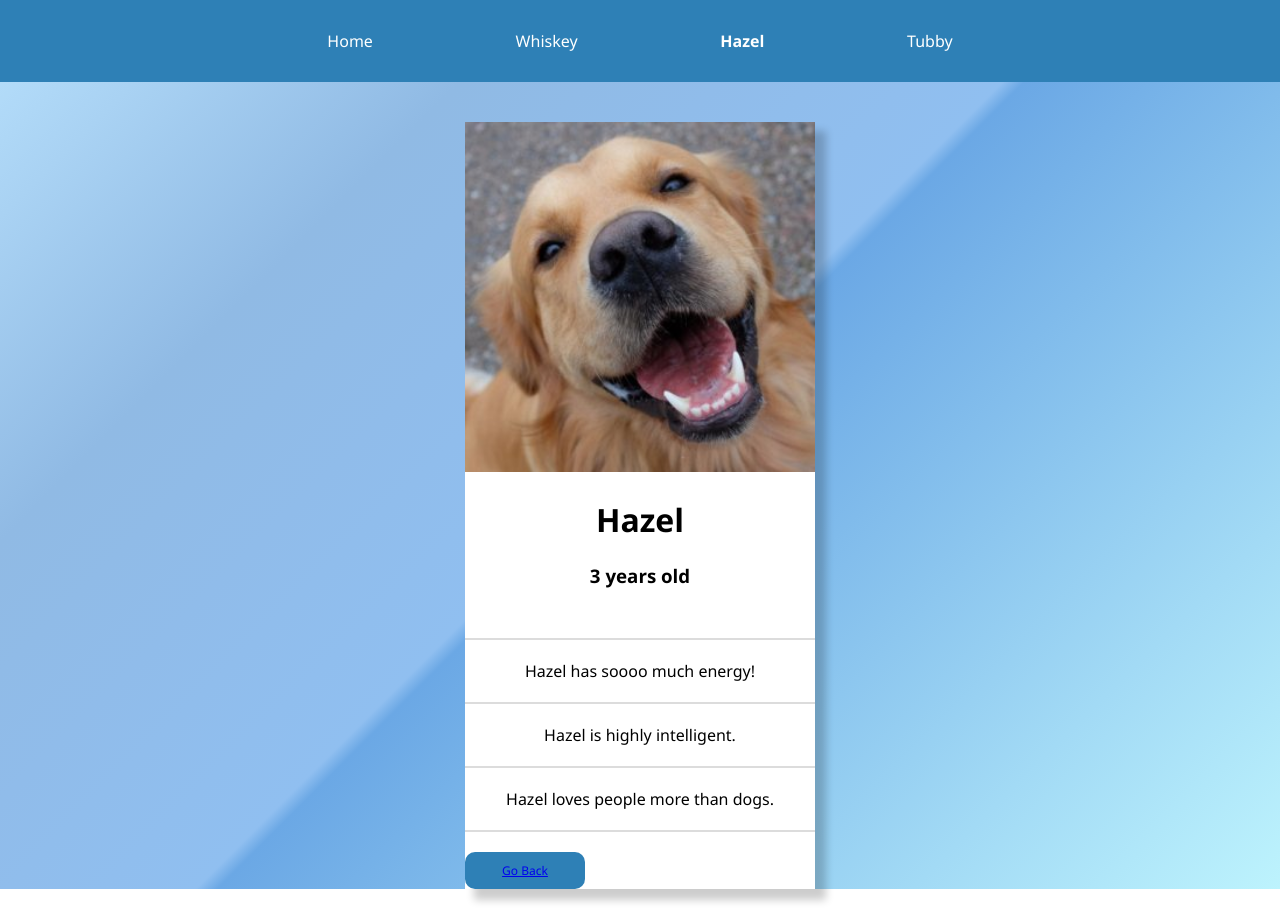
Repository: johnmutina/dog-finder
Page: /dogs/Hazel
These files come from the project's save history. The page is drawn as it stood at one moment and after the next save; the edit follows.
The browser window is 1280 px wide. The pictures show the whole page.
The project was rebuilt for these pictures with package versions that can differ from the ones it lists, and the page was loaded fresh each time. Also part of the build but not shown: src/DogFinder.css, src/DogFinder.js.

Above is the page before, as saved 2019-07-28 16:33:38.

### src/App.js
import React, { Component } from "react";
import { Switch, Route, NavLink, Redirect } from "react-router-dom";
import DogFinder from "./DogFinder";
import Dog from "./Dog";
import "./App.css";

// Import all images in image folder
function importAll(r) {
  let images = {};
  r.keys().map((item, index) => {
    images[item.replace("./", "")] = r(item);
  });
  return images;
}

const images = importAll(
  require.context("./assets", false, /\.(gif|jpe?g|svg)$/)
);

class App extends Component {
  static defaultProps = {
    dogs: [
      {
        name: "Whiskey",
        age: 5,
        src: images["whiskey.jpg"],
        facts: [
          "Whiskey loves eating popcorn.",
          "Whiskey is a terrible guard dog.",
          "Whiskey wants to cuddle with you!"
        ]
      },
      {
        name: "Hazel",
        age: 3,
        src: images["hazel.jpg"],
        facts: [
          "Hazel has soooo much energy!",
          "Hazel is highly intelligent.",
          "Hazel loves people more than dogs."
        ]
      },
      {
        name: "Tubby",
        age: 4,
        src: images["tubby.jpg"],
        facts: [
          "Tubby is not the brightest dog",
          "Tubby does not like walks or exercise.",
          "Tubby loves eating food."
        ]
      }
    ]
  };

  render() {
    return (
      <div className="App">
        {/* NAVBAR */}
        <div className="App-navbar">
          <NavLink exact to="/dogs" activeClassName="App-active-navlink">
            Home
          </NavLink>
          {this.props.dogs.map(dog => (
            <NavLink
              exact
              key={dog.name}
              to={`/dogs/${dog.name}`}
              activeClassName="App-active-navlink"
            >
              {dog.name}
            </NavLink>
          ))}
        </div>

        {/* ROUTES SETUP */}

        <Switch>
          <Route
            exact
            path="/dogs"
            render={routeProps => (
              <DogFinder dogs={this.props.dogs} {...routeProps} />
            )}
          />
          <Route
            exact
            path="/dogs/:name"
            render={routeProps => (
              <Dog
                {...this.props.dogs.filter(
                  dog => dog.name === routeProps.match.params.name
                )[0]}
                {...routeProps}
              />
            )}
          />
          <Route render={() => <Redirect to="/dogs" />} />
        </Switch>
      </div>
    );
  }
}

export default App;

### src/Dog.js
import React, { Component } from "react";
import { Link } from "react-router-dom";
import "./Dog.css";

class Dog extends Component {
  render() {
    return (
      <div className="Dog">
        <img src={this.props.src} alt={`${this.props.name}`} />
        <h1>{this.props.name}</h1>
        <h3>{this.props.age} years old</h3>
        <ul>
          {this.props.facts.map(fact => (
            <li>{fact}</li>
          ))}
        </ul>
        <div className="Dog-backbtn">
          <Link to="/dogs">Go Back</Link>
        </div>
      </div>
    );
  }
}

export default Dog;

### src/App.css
* {
  font-family: "Segoe UI", Tahoma, Geneva, Verdana, sans-serif;
}

.App {
  min-height: 100vh;
  text-align: center;
  background: #b8e1fc; /* Old browsers */
  background: -moz-linear-gradient(
    -45deg,
    #b8e1fc 0%,
    #a9d2f3 10%,
    #90bae4 25%,
    #90bcea 37%,
    #90bff0 50%,
    #6ba8e5 51%,
    #a2daf5 83%,
    #bdf3fd 100%
  ); /* FF3.6-15 */
  background: -webkit-linear-gradient(
    -45deg,
    #b8e1fc 0%,
    #a9d2f3 10%,
    #90bae4 25%,
    #90bcea 37%,
    #90bff0 50%,
    #6ba8e5 51%,
    #a2daf5 83%,
    #bdf3fd 100%
  ); /* Chrome10-25,Safari5.1-6 */
  background: linear-gradient(
    135deg,
    #b8e1fc 0%,
    #a9d2f3 10%,
    #90bae4 25%,
    #90bcea 37%,
    #90bff0 50%,
    #6ba8e5 51%,
    #a2daf5 83%,
    #bdf3fd 100%
  ); /* W3C, IE10+, FF16+, Chrome26+, Opera12+, Safari7+ */
  filter: progid:DXImageTransform.Microsoft.gradient( startColorstr='#b8e1fc', endColorstr='#bdf3fd',GradientType=1 ); /* IE6-9 fallback on horizontal gradient */
}
.App-navbar {
  display: flex;
  background-color: #2e80b6;
  justify-content: space-around;
  padding: 30px 20%;
}

.App-navbar > * {
  color: white;
  text-decoration: none;
  text-transform: capitalize;
}

.App-navbar > *:hover {
  text-decoration: underline;
  font-weight: bolder;
}

.App-active-navlink {
  font-weight: bold;
}

### src/Dog.css
.Dog {
  width: 60%;
  max-width: 350px;
  margin: 40px auto 0 auto;
  background: white;
  -webkit-box-shadow: 10px 10px 8px 1px rgba(0, 0, 0, 0.2);
  -moz-box-shadow: 10px 10px 8px 1px rgba(0, 0, 0, 0.2);
  box-shadow: 10px 10px 8px 1px rgba(0, 0, 0, 0.2);
}

.Dog img {
  width: 100%;
}

.Dog ul {
  list-style: none;
  padding-left: 0;
  margin: 50px 0 20px 0;
  width: 100%;
}

.Dog ul li {
  padding: 20px;
  border-top: 2px solid rgb(220, 220, 220);
}

.Dog ul li:last-child {
  border-bottom: 2px solid rgb(220, 220, 220);
}

.Dog-backbtn {
  width: 100px;
  border: 2px solid red;
  padding: 10px;
  margin-bottom: 20px;
  background-color: #2e80b6;
  color: white;
  font-size: 12px;
  border: none;
  border-radius: 10px;
  transition: all 0.2s ease-in-out;
}

.Dog-backbtn:hover {
  cursor: pointer;
  background-color: #134e76;
}

Loaded but not shown: public/index.html (common file); src/index.js (common file); src/index.css (common file); src/serviceWorker.js (common file)

After the next save:
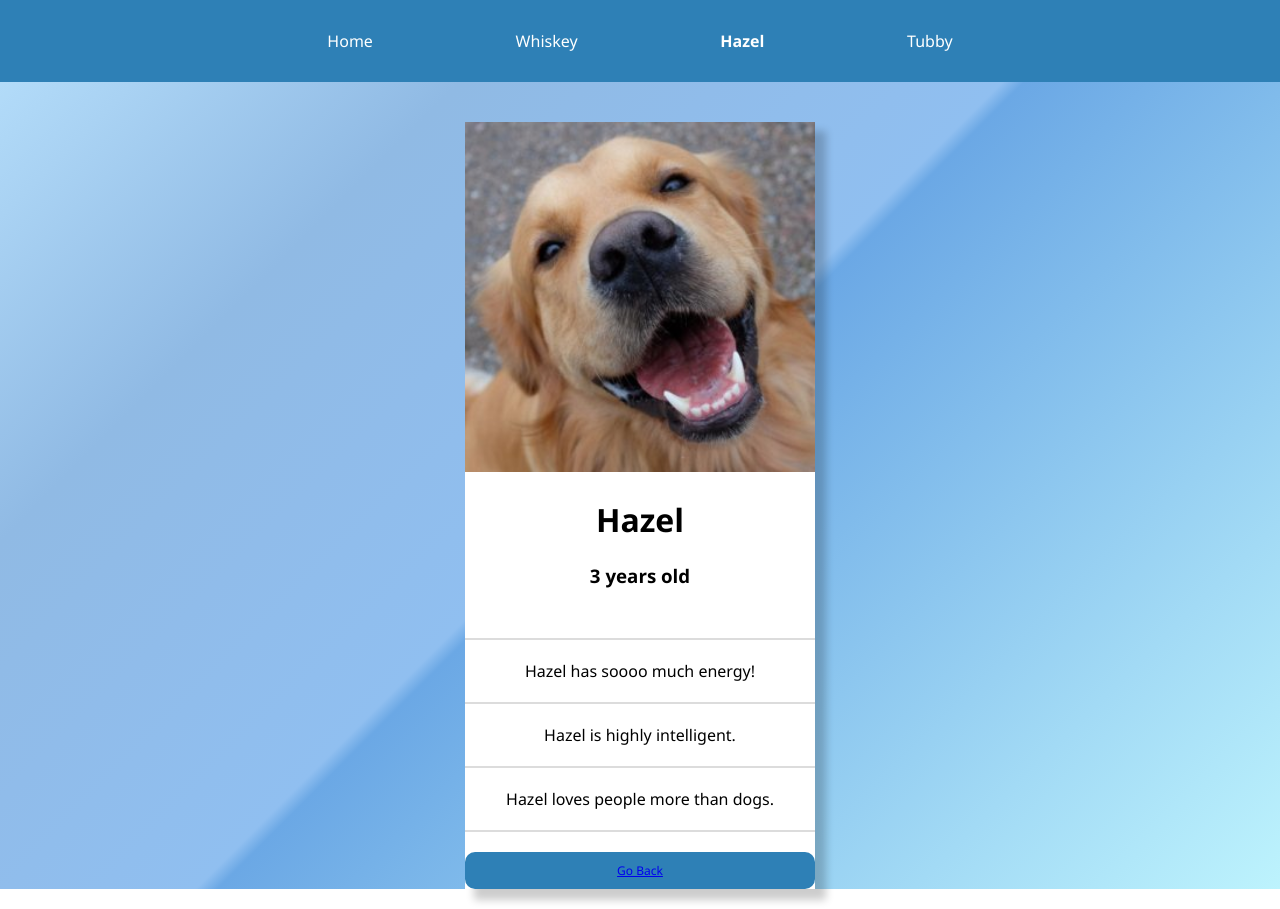
Saved 9 s later.
--- a/src/Dog.css
+++ b/src/Dog.css
@@ -29,7 +29,6 @@
 }
 
 .Dog-backbtn {
-  width: 100px;
   border: 2px solid red;
   padding: 10px;
   margin-bottom: 20px;
